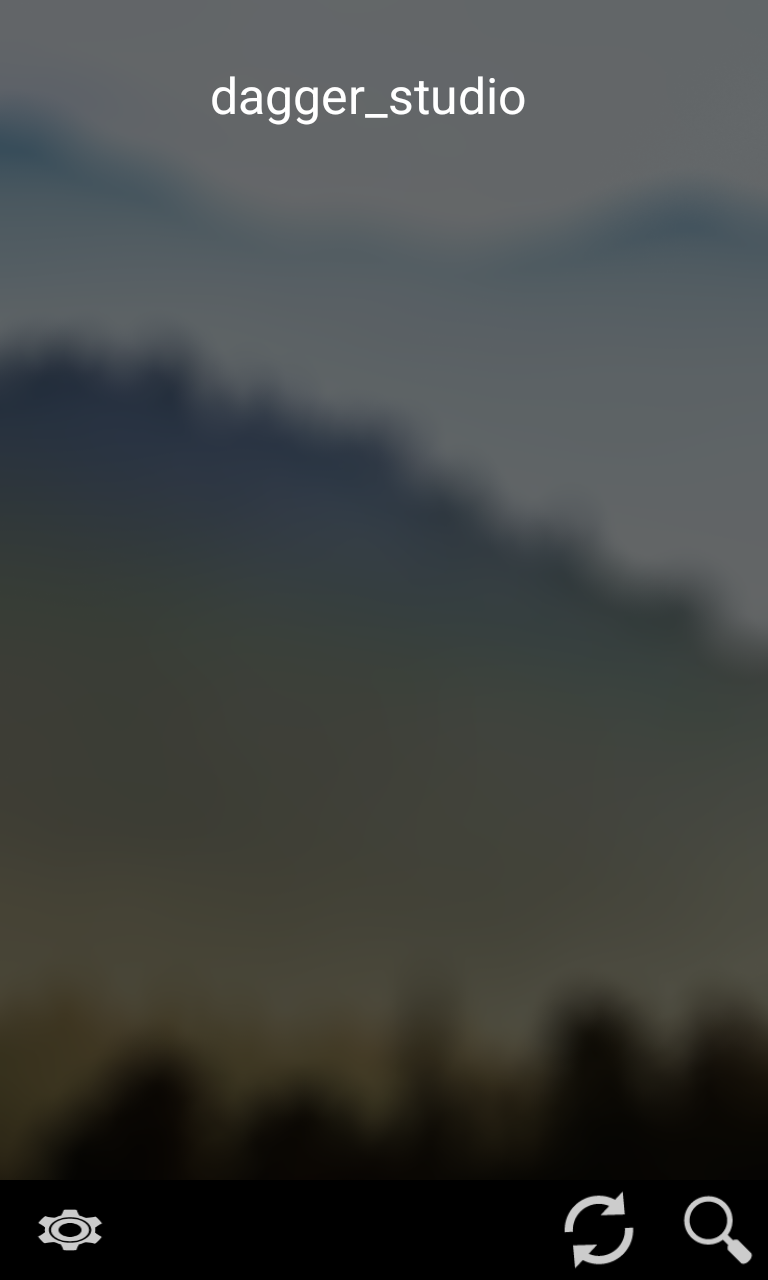
Repository: zhaoguoquan94/Purified
Layout: Android/Purified/res/layout/activity_main_drawer.xml
The author's editor kept a copy of each file at every save. The layout is drawn from the files as they stood at one save, then again after the next save.
It is drawn on a 768 x 1280 px phone screen (xhdpi) without system bars, with theme android:Theme; the app's code is not run. Lists and similar views that code fills are empty.

Above is the layout before, as saved 2014-07-03 08:57:33.

After the next save:
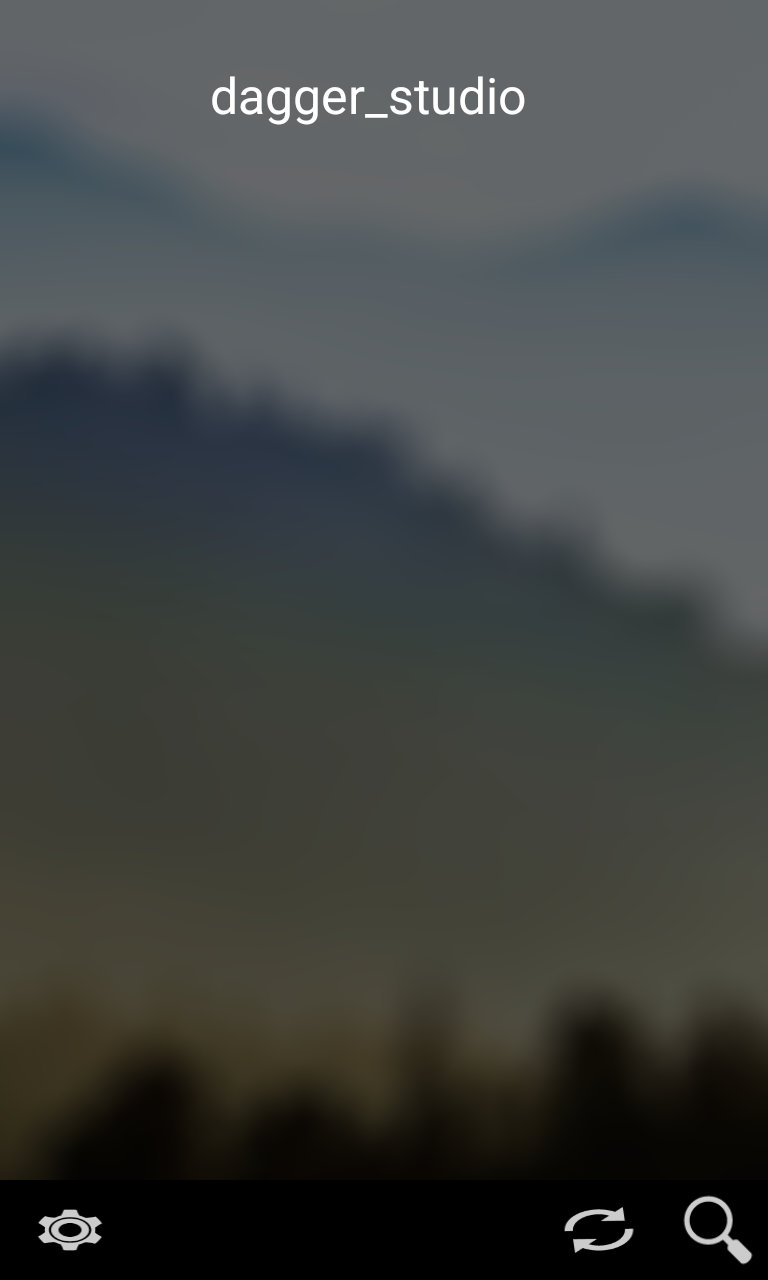
Saved 18 s later.
--- a/Android/Purified/res/layout/activity_main_drawer.xml
+++ b/Android/Purified/res/layout/activity_main_drawer.xml
@@ -62,8 +62,10 @@
             android:layout_height="50dp"
 			android:layout_alignParentTop="true"
             android:layout_toLeftOf="@+id/searchButton_drawer"
-            android:layout_marginRight="10dp"
-            android:background="@drawable/ic_action_refresh" />
+            android:layout_margin="10dp"
+            android:background="@drawable/ic_action_refresh"
+
+            />
 
         <Button
             android:id="@+id/searchButton_drawer"
